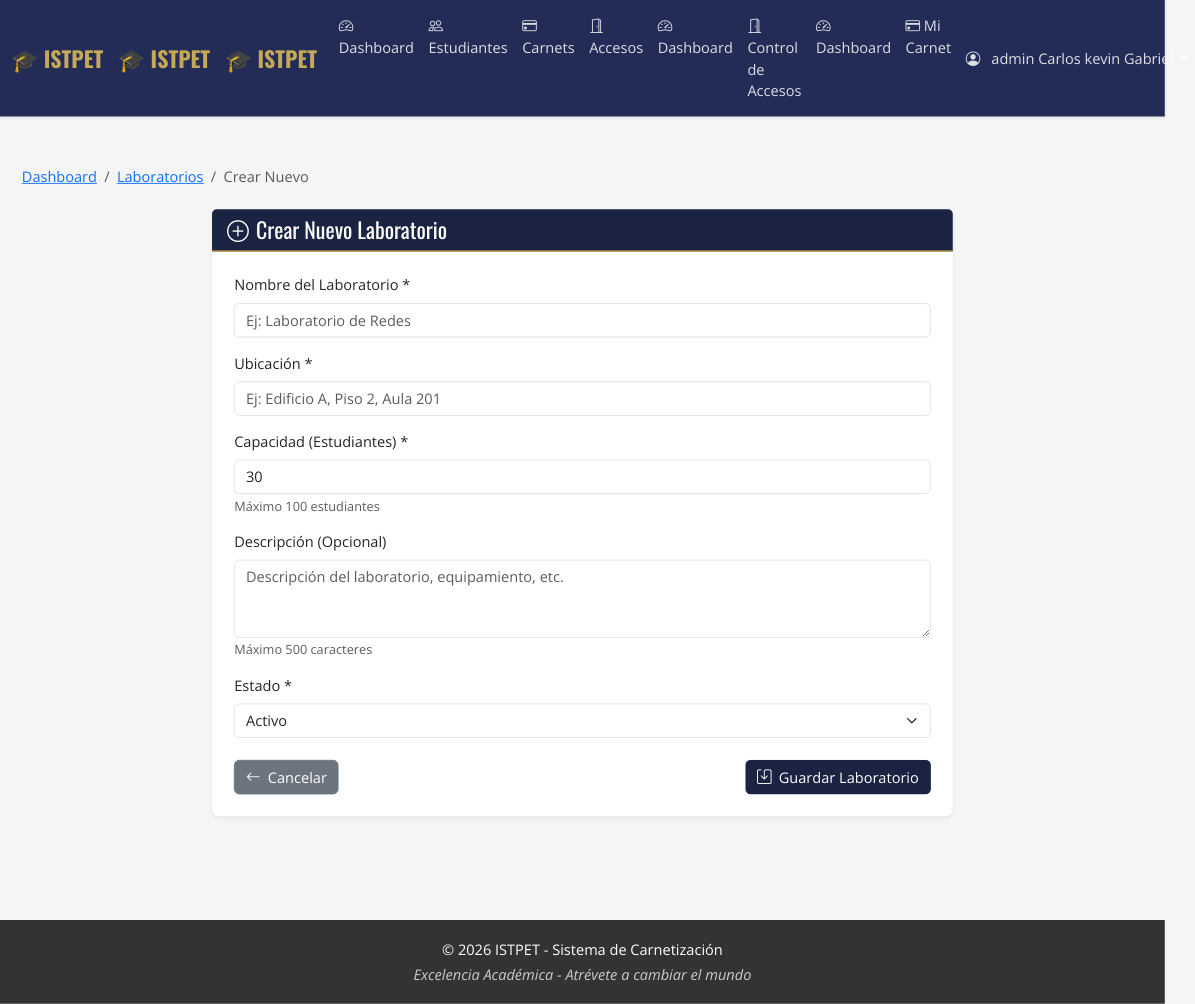
Repository: Inforney/sistema-carnetizacion-istpet
Page: http://localhost/admin/laboratorios/crear
These files come from the project's save history. The page is drawn as it stood at one moment and after the next save; the edit follows.
The browser window is 1280 px wide. The page is 1313 px wide, so the pictures cover 1313 px, including what lies to the right of the window. The pictures show the whole page, at 91% of full size.
The page is served by the project's Laravel application, run on PHP 8.4 with Laravel 10. The first stored user is signed in. Other server files are loaded and not shown. The database holds what the project's SQL file puts in it.

Above is the page before, as saved 2026-01-15 21:10:07.

### routes/web.php
<?php

use Illuminate\Support\Facades\Route;
use App\Http\Controllers\Auth\LoginController;
use App\Http\Controllers\Auth\RegistroController;
use App\Http\Controllers\Admin\DashboardController as AdminDashboardController;
use App\Http\Controllers\Admin\CarnetController as AdminCarnetController;
use App\Http\Controllers\Admin\AccesoController as AdminAccesoController;
use App\Http\Controllers\Admin\EstudianteController as AdminEstudianteController;
use App\Http\Controllers\Admin\SolicitudPasswordController as AdminSolicitudPasswordController;
use App\Http\Controllers\Admin\LaboratorioController as AdminLaboratorioController;
use App\Http\Controllers\Admin\LaboratorioController;
use App\Http\Controllers\Profesor\DashboardController as ProfesorDashboardController;
use App\Http\Controllers\Profesor\AccesoController as ProfesorAccesoController;
use App\Http\Controllers\Estudiante\DashboardController as EstudianteDashboardController;
use App\Http\Controllers\Estudiante\CarnetController as EstudianteCarnetController;
use App\Http\Controllers\Estudiante\AccesoQRController as EstudianteAccesoQRController;
use App\Http\Controllers\Estudiante\CambiarPasswordController;


/*
|--------------------------------------------------------------------------
| Web Routes - Sistema Completo ISTPET
|--------------------------------------------------------------------------
*/

Route::get('/', function () {
    return redirect()->route('login');
});

/*
|--------------------------------------------------------------------------
| Autenticación
|--------------------------------------------------------------------------
*/

Route::get('/login', [LoginController::class, 'showLoginForm'])->name('login');
Route::post('/login', [LoginController::class, 'login'])->name('login.post');
Route::post('/logout', [LoginController::class, 'logout'])->name('logout');

// Registro Público
Route::get('/registro', [RegistroController::class, 'showRegistroForm'])->name('registro');
Route::post('/registro', [RegistroController::class, 'registro'])->name('registro.post');

// Recuperación de Contraseña
Route::get('/recuperar-password', [RegistroController::class, 'showRecuperarForm'])->name('recuperar.password');
Route::post('/recuperar-password', [RegistroController::class, 'enviarRecuperacion'])->name('recuperar.enviar');

/*
|--------------------------------------------------------------------------
| Rutas de Administrador
|--------------------------------------------------------------------------
*/

Route::prefix('admin')->name('admin.')->middleware('admin')->group(function () {

    // Dashboard
    Route::get('/dashboard', [AdminDashboardController::class, 'index'])->name('dashboard');

    // Gestión de Carnets
    Route::get('/carnets', [AdminCarnetController::class, 'index'])->name('carnets.index');
    Route::get('/carnets/crear', [AdminCarnetController::class, 'create'])->name('carnets.create');

    // ⚠️ IMPORTANTE: Rutas específicas ANTES de rutas con parámetros
    Route::post('/carnets/generar-masivo', [AdminCarnetController::class, 'generarMasivo'])->name('carnets.generar-masivo');
    Route::get('/carnets/descargar-masivo', [AdminCarnetController::class, 'descargarMasivo'])->name('carnets.descargar-masivo');

    // Ahora sí las rutas con {id}
    Route::post('/carnets', [AdminCarnetController::class, 'store'])->name('carnets.store');
    Route::get('/carnets/{id}', [AdminCarnetController::class, 'show'])->name('carnets.show');
    Route::get('/carnets/{id}/descargar', [AdminCarnetController::class, 'descargar'])->name('carnets.descargar');
    Route::post('/carnets/{id}/toggle-estado', [AdminCarnetController::class, 'toggleEstado'])->name('carnets.toggle');
    Route::post('/carnets/{id}/renovar', [AdminCarnetController::class, 'renovar'])->name('carnets.renovar');

    // Gestión de Accesos
    Route::get('/accesos', [AdminAccesoController::class, 'index'])->name('accesos.index');
    Route::get('/accesos/estadisticas', [AdminAccesoController::class, 'estadisticas'])->name('accesos.estadisticas');
    Route::get('/accesos/laboratorio/{id}/estudiantes', [AdminAccesoController::class, 'estudiantesEnLab'])->name('accesos.estudiantes-lab');
    Route::get('/accesos/{id}', [AdminAccesoController::class, 'show'])->name('accesos.show');
    Route::delete('/accesos/{id}', [AdminAccesoController::class, 'destroy'])->name('accesos.destroy');

    // CRUD de Estudiantes
    Route::get('/estudiantes', [AdminEstudianteController::class, 'index'])->name('estudiantes.index');
    Route::get('/estudiantes/crear', [AdminEstudianteController::class, 'create'])->name('estudiantes.create');
    Route::post('/estudiantes', [AdminEstudianteController::class, 'store'])->name('estudiantes.store');
    Route::get('/estudiantes/{id}', [AdminEstudianteController::class, 'show'])->name('estudiantes.show');
    Route::get('/estudiantes/{id}/editar', [AdminEstudianteController::class, 'edit'])->name('estudiantes.edit');
    Route::put('/estudiantes/{id}', [AdminEstudianteController::class, 'update'])->name('estudiantes.update');
    Route::delete('/estudiantes/{id}', [AdminEstudianteController::class, 'destroy'])->name('estudiantes.destroy');
    Route::post('/estudiantes/{id}/toggle-estado', [AdminEstudianteController::class, 'toggleEstado'])->name('estudiantes.toggle');
    Route::post('/estudiantes/{id}/reset-password', [AdminEstudianteController::class, 'resetPassword'])->name('estudiantes.reset-password');

    // Búsqueda AJAX
    Route::get('/estudiantes-buscar', [AdminEstudianteController::class, 'buscarAjax'])->name('estudiantes.buscar');

    // Solicitudes de Cambio de Contraseña
    Route::get('/solicitudes-password', [AdminSolicitudPasswordController::class, 'index'])->name('solicitudes.index');
    Route::post('/solicitudes-password/{id}/atender', [AdminSolicitudPasswordController::class, 'atender'])->name('solicitudes.atender');
    Route::post('/solicitudes-password/{id}/rechazar', [AdminSolicitudPasswordController::class, 'rechazar'])->name('solicitudes.rechazar');

    // Gestión de Laboratorios (QR)
    // Gestión de Laboratorios
    Route::get('/laboratorios', [AdminLaboratorioController::class, 'index'])->name('laboratorios.index');
    Route::get('/laboratorios/crear', [AdminLaboratorioController::class, 'create'])->name('laboratorios.create');
    Route::get('/laboratorios/qr/descargar-todos', [AdminLaboratorioController::class, 'descargarTodosQR'])->name('laboratorios.descargar-qr-todos');
    Route::post('/laboratorios', [AdminLaboratorioController::class, 'store'])->name('laboratorios.store');
    Route::get('/laboratorios/{id}', [AdminLaboratorioController::class, 'show'])->name('laboratorios.show');
    Route::get('/laboratorios/{id}/editar', [AdminLaboratorioController::class, 'edit'])->name('laboratorios.edit');
    Route::put('/laboratorios/{id}', [AdminLaboratorioController::class, 'update'])->name('laboratorios.update');
    Route::delete('/laboratorios/{id}', [AdminLaboratorioController::class, 'destroy'])->name('laboratorios.destroy');
    Route::get('/laboratorios/{id}/qr', [AdminLaboratorioController::class, 'generarQR'])->name('laboratorios.generar-qr');
});
/*
|--------------------------------------------------------------------------
| Rutas de Profesor
|--------------------------------------------------------------------------
*/

Route::prefix('profesor')->name('profesor.')->middleware('profesor')->group(function () {

    // Dashboard
    Route::get('/dashboard', [ProfesorDashboardController::class, 'index'])->name('dashboard');

    // Control de Accesos
    Route::get('/accesos', [ProfesorAccesoController::class, 'index'])->name('accesos.index');
    Route::get('/accesos/historial', [ProfesorAccesoController::class, 'historial'])->name('accesos.historial');

    // Ver detalles de un acceso específico (DEBE IR DESPUÉS de /accesos/historial)
    Route::get('/accesos/{id}', [ProfesorDashboardController::class, 'verDetalleAcceso'])->name('accesos.detalle');

    // Registrar entrada y salida
    Route::post('/accesos/registrar-entrada', [ProfesorAccesoController::class, 'registrarEntrada'])->name('accesos.registrar-entrada');
    Route::post('/accesos/registrar-salida', [ProfesorAccesoController::class, 'registrarSalida'])->name('accesos.registrar-salida');
    Route::post('/accesos/{id}/salida', [ProfesorAccesoController::class, 'registrarSalidaDirecta'])->name('accesos.salida-directa');

    // Estudiantes en laboratorio (tiempo real)
    Route::get('/laboratorio/{id}/estudiantes', [ProfesorAccesoController::class, 'estudiantesEnLab'])->name('accesos.estudiantes-lab');
    Route::post('/accesos/{id}/marcar-ausente', [ProfesorAccesoController::class, 'marcarAusente'])->name('accesos.marcar-ausente');

    // Búsqueda de estudiantes AJAX
    Route::get('/buscar-estudiante', [ProfesorAccesoController::class, 'buscarEstudiante'])->name('accesos.buscar-estudiante');
});

/*
|--------------------------------------------------------------------------
| Rutas de Estudiante
|--------------------------------------------------------------------------
*/

// Cambiar contraseña (sin middleware para permitir acceso con password temporal)
Route::prefix('estudiante')->name('estudiante.')->middleware('estudiante')->group(function () {
    Route::get('/cambiar-password', [CambiarPasswordController::class, 'showForm'])->name('cambiar-password.form');
    Route::post('/cambiar-password', [CambiarPasswordController::class, 'cambiar'])->name('cambiar-password.post');
});

// Rutas protegidas que requieren cambio de contraseña
Route::prefix('estudiante')->name('estudiante.')->middleware(['estudiante', 'password.change'])->group(function () {

    // Dashboard
    Route::get('/dashboard', [EstudianteDashboardController::class, 'index'])->name('dashboard');

    // Mi Carnet
    Route::get('/carnet', [EstudianteCarnetController::class, 'show'])->name('carnet.show');
    Route::get('/carnet/descargar', [EstudianteCarnetController::class, 'descargar'])->name('carnet.descargar');
    Route::get('/carnet/visualizar', [EstudianteCarnetController::class, 'visualizar'])->name('carnet.visualizar');

    // Escaneo de QR para accesos
    Route::get('/acceso/escanear', [EstudianteAccesoQRController::class, 'mostrarEscaneo'])->name('acceso.escanear');
    Route::post('/acceso/procesar-qr', [EstudianteAccesoQRController::class, 'procesarQR'])->name('acceso.procesar-qr');
    Route::get('/acceso/historial', [EstudianteAccesoQRController::class, 'miHistorial'])->name('acceso.historial');
});

### resources/views/admin/laboratorios/create.blade.php
@extends('layouts.app')

@section('title', 'Crear Laboratorio')

@section('content')
<div class="container-fluid py-4">
    {{-- Breadcrumb --}}
    <nav aria-label="breadcrumb" class="mb-4">
        <ol class="breadcrumb">
            <li class="breadcrumb-item"><a href="{{ route('admin.dashboard') }}">Dashboard</a></li>
            <li class="breadcrumb-item"><a href="{{ route('admin.laboratorios.index') }}">Laboratorios</a></li>
            <li class="breadcrumb-item active">Crear Nuevo</li>
        </ol>
    </nav>

    <div class="row justify-content-center">
        <div class="col-lg-8">
            <div class="card shadow-sm">
                <div class="card-header" style="background: #1a2342;">
                    <h4 class="mb-0 text-white">
                        <i class="bi bi-plus-circle me-2"></i>Crear Nuevo Laboratorio
                    </h4>
                </div>
                <div class="card-body p-4">
                    @if($errors->any())
                    <div class="alert alert-danger">
                        <strong>¡Error!</strong> Por favor corrige los siguientes problemas:
                        <ul class="mb-0 mt-2">
                            @foreach($errors->all() as $error)
                            <li>{{ $error }}</li>
                            @endforeach
                        </ul>
                    </div>
                    @endif

                    <form action="{{ route('admin.laboratorios.store') }}" method="POST">
                        @csrf

                        {{-- Nombre --}}
                        <div class="mb-3">
                            <label class="form-label">Nombre del Laboratorio *</label>
                            <input type="text"
                                name="nombre"
                                class="form-control @error('nombre') is-invalid @enderror"
                                value="{{ old('nombre') }}"
                                placeholder="Ej: Laboratorio de Redes"
                                required>
                            @error('nombre')
                            <div class="invalid-feedback">{{ $message }}</div>
                            @enderror
                        </div>

                        {{-- Ubicación --}}
                        <div class="mb-3">
                            <label class="form-label">Ubicación *</label>
                            <input type="text"
                                name="ubicacion"
                                class="form-control @error('ubicacion') is-invalid @enderror"
                                value="{{ old('ubicacion') }}"
                                placeholder="Ej: Edificio A, Piso 2, Aula 201"
                                required>
                            @error('ubicacion')
                            <div class="invalid-feedback">{{ $message }}</div>
                            @enderror
                        </div>

                        {{-- Capacidad --}}
                        <div class="mb-3">
                            <label class="form-label">Capacidad (Estudiantes) *</label>
                            <input type="number"
                                name="capacidad"
                                class="form-control @error('capacidad') is-invalid @enderror"
                                value="{{ old('capacidad', 30) }}"
                                min="1"
                                max="100"
                                required>
                            <small class="text-muted">Máximo 100 estudiantes</small>
                            @error('capacidad')
                            <div class="invalid-feedback">{{ $message }}</div>
                            @enderror
                        </div>

                        {{-- Descripción --}}
                        <div class="mb-3">
                            <label class="form-label">Descripción (Opcional)</label>
                            <textarea name="descripcion"
                                class="form-control @error('descripcion') is-invalid @enderror"
                                rows="3"
                                maxlength="500"
                                placeholder="Descripción del laboratorio, equipamiento, etc.">{{ old('descripcion') }}</textarea>
                            <small class="text-muted">Máximo 500 caracteres</small>
                            @error('descripcion')
                            <div class="invalid-feedback">{{ $message }}</div>
                            @enderror
                        </div>

                        {{-- Estado --}}
                        <div class="mb-4">
                            <label class="form-label">Estado *</label>
                            <select name="estado"
                                class="form-select @error('estado') is-invalid @enderror"
                                required>
                                <option value="activo" {{ old('estado') == 'activo' ? 'selected' : '' }}>Activo</option>
                                <option value="inactivo" {{ old('estado') == 'inactivo' ? 'selected' : '' }}>Inactivo</option>
                                <option value="mantenimiento" {{ old('estado') == 'mantenimiento' ? 'selected' : '' }}>En Mantenimiento</option>
                            </select>
                            @error('estado')
                            <div class="invalid-feedback">{{ $message }}</div>
                            @enderror
                        </div>

                        {{-- Botones --}}
                        <div class="d-flex justify-content-between">
                            <a href="{{ route('admin.laboratorios.index') }}" class="btn btn-secondary">
                                <i class="bi bi-arrow-left me-2"></i>Cancelar
                            </a>
                            <button type="submit" class="btn text-white" style="background: #1a2342;">
                                <i class="bi bi-save me-2"></i>Guardar Laboratorio
                            </button>
                        </div>
                    </form>
                </div>
            </div>
        </div>
    </div>
</div>
@endsection

### database/migrations/carnetizacion_istpet.sql (the tables this page reads)
CREATE TABLE IF NOT EXISTS `administradores` (
  `id` bigint(20) UNSIGNED NOT NULL AUTO_INCREMENT,
  `usuario` varchar(50) NOT NULL,
  `email` varchar(100) NOT NULL,
  `password` varchar(255) NOT NULL,
  `rol` enum('super_admin','admin') NOT NULL DEFAULT 'admin',
  `created_at` timestamp NULL DEFAULT NULL,
  `updated_at` timestamp NULL DEFAULT NULL,
  PRIMARY KEY (`id`),
  UNIQUE KEY `administradores_usuario_unique` (`usuario`),
  UNIQUE KEY `administradores_email_unique` (`email`),
  KEY `administradores_usuario_index` (`usuario`),
  KEY `administradores_email_index` (`email`)
) ENGINE=InnoDB AUTO_INCREMENT=3 DEFAULT CHARSET=utf8mb4 COLLATE=utf8mb4_unicode_ci;

INSERT INTO `administradores` (`id`, `usuario`, `email`, `password`, `rol`, `created_at`, `updated_at`) VALUES
(1, 'admin', 'admin@istpet.edu.ec', '$2y$10$54UHpGdyZhcunNsv1WgLU.N4MKnIZBIrjlMw3gX587wY8cvKi38xm', 'super_admin', '2026-01-04 03:08:09', '2026-01-04 03:08:09'),
(2, 'admin2', 'admin2@istpet.edu.ec', '$2y$10$/Umkuwgnljl7IDhv4ErV9.WAnMj4m3FpOHubfxqeuulBDbQw.4ksy', 'admin', '2026-01-04 03:08:09', '2026-01-04 03:08:09');

CREATE TABLE IF NOT EXISTS `profesores` (
  `id` bigint(20) UNSIGNED NOT NULL AUTO_INCREMENT,
  `nombres` varchar(100) NOT NULL,
  `apellidos` varchar(100) NOT NULL,
  `cedula` varchar(10) NOT NULL,
  `correo` varchar(100) NOT NULL,
  `celular` varchar(10) NOT NULL,
  `estado` enum('activo','inactivo') NOT NULL DEFAULT 'activo',
  `password` varchar(255) NOT NULL,
  `created_at` timestamp NULL DEFAULT NULL,
  `updated_at` timestamp NULL DEFAULT NULL,
  PRIMARY KEY (`id`),
  UNIQUE KEY `profesores_cedula_unique` (`cedula`),
  UNIQUE KEY `profesores_correo_unique` (`correo`),
  KEY `profesores_cedula_index` (`cedula`),
  KEY `profesores_correo_index` (`correo`)
) ENGINE=InnoDB AUTO_INCREMENT=4 DEFAULT CHARSET=utf8mb4 COLLATE=utf8mb4_unicode_ci;

INSERT INTO `profesores` (`id`, `nombres`, `apellidos`, `cedula`, `correo`, `celular`, `estado`, `password`, `created_at`, `updated_at`) VALUES
(1, 'Carlos', 'Ramírez', '1711223344', 'carlos.ramirez@istpet.edu.ec', '0998877665', 'activo', '$2y$10$OG.VQENEKJXzanA82YV/ku8i7Hbe.PkDY4nQtXjYGm.OHvQUGuzXm', '2026-01-04 03:08:09', '2026-01-04 03:08:09'),
(2, 'María', 'González', '1722334455', 'maria.gonzalez@istpet.edu.ec', '0987766554', 'activo', '$2y$10$NLXzP5a.gWO4pMuv75YDpug8D3LaiVBGI7lSfkjntGQF0gJOcdQTW', '2026-01-04 03:08:09', '2026-01-04 03:08:09'),
(3, 'Juan', 'Morales', '1733445566', 'juan.morales@istpet.edu.ec', '0976655443', 'activo', '$2y$10$LphOjFHmaYOT0NDW50lGV.sJITPSg8LsSuLotSBBD0r5Wohz2tGsq', '2026-01-04 03:08:09', '2026-01-04 03:08:09');

CREATE TABLE IF NOT EXISTS `usuarios` (
  `id` bigint(20) UNSIGNED NOT NULL AUTO_INCREMENT,
  `nombres` varchar(100) NOT NULL,
  `apellidos` varchar(100) NOT NULL,
  `cedula` varchar(20) NOT NULL,
  `tipo_documento` enum('cedula','pasaporte','ruc') NOT NULL DEFAULT 'cedula',
  `correo_institucional` varchar(100) NOT NULL,
  `celular` varchar(10) NOT NULL,
  `ciclo_nivel` varchar(20) NOT NULL,
  `carrera` varchar(200) DEFAULT NULL,
  `tipo_usuario` enum('estudiante','graduado') NOT NULL DEFAULT 'estudiante',
  `nacionalidad` varchar(50) NOT NULL DEFAULT 'Ecuatoriana',
  `fecha_registro` timestamp NULL DEFAULT NULL,
  `foto_url` varchar(255) DEFAULT NULL,
  `estado` enum('activo','inactivo','bloqueado') NOT NULL DEFAULT 'activo',
  `password` varchar(255) NOT NULL,
  `password_temporal` tinyint(1) DEFAULT 0,
  `reset_token` varchar(100) DEFAULT NULL,
  `reset_token_expira` timestamp NULL DEFAULT NULL,
  `created_at` timestamp NULL DEFAULT NULL,
  `updated_at` timestamp NULL DEFAULT NULL,
  PRIMARY KEY (`id`),
  UNIQUE KEY `usuarios_cedula_unique` (`cedula`),
  UNIQUE KEY `usuarios_correo_institucional_unique` (`correo_institucional`),
  KEY `usuarios_cedula_index` (`cedula`),
  KEY `usuarios_correo_institucional_index` (`correo_institucional`),
  KEY `usuarios_estado_index` (`estado`)
) ENGINE=InnoDB AUTO_INCREMENT=14 DEFAULT CHARSET=utf8mb4 COLLATE=utf8mb4_unicode_ci;

INSERT INTO `usuarios` (`id`, `nombres`, `apellidos`, `cedula`, `tipo_documento`, `correo_institucional`, `celular`, `ciclo_nivel`, `carrera`, `tipo_usuario`, `nacionalidad`, `fecha_registro`, `foto_url`, `estado`, `password`, `password_temporal`, `reset_token`, `reset_token_expira`, `created_at`, `updated_at`) VALUES
(12, 'kevin Gabriel', 'Huilca Campaña', '1726429283', 'cedula', 'kevin.huilca@istpet.edu.ec', '0962931602', 'TERCER NIVEL', 'Desarrollo de Software', 'estudiante', 'Ecuatoriana', '2026-01-11 23:03:08', 'fotos/estudiante_1768172588_69642c2c1b2e0.jpg', 'activo', '$2y$10$8xq5hxnjdTclcH03HxLiNOluUehL.dPDxMRTp9ZkI1yKD5KYKFFc.', 0, NULL, NULL, '2026-01-11 23:03:08', '2026-01-16 01:41:37'),
(13, 'Lucho', 'kopjihugcfjbhklñ', 'BC713307', 'pasaporte', 'karla@gmail.com', '0962931602', 'TERCER NIVEL', 'Desarrollo de Software', 'estudiante', 'Ecuatoriana', '2026-01-15 13:47:20', 'fotos/estudiante_1768484838_6968efe69d14b.jpeg', 'activo', '$2y$10$CRqSYXLgKUYRxWTfmdApweVsozIM2vXuL9eU.AI5jUVUQL/VjBrm6', 0, NULL, NULL, '2026-01-15 13:47:20', '2026-01-15 13:47:20');

Loaded but not shown: app/Http/Controllers/Controller.php (common file); resources/views/layouts/app.blade.php (303 lines, source omitted); app/Http/Controllers/Admin/LaboratorioController.php (148 lines, source omitted); app/Models/Usuario.php (133 lines, source omitted); app/Models/Profesor.php (82 lines, source omitted); app/Models/Administrador.php (63 lines, source omitted)

After the next save:
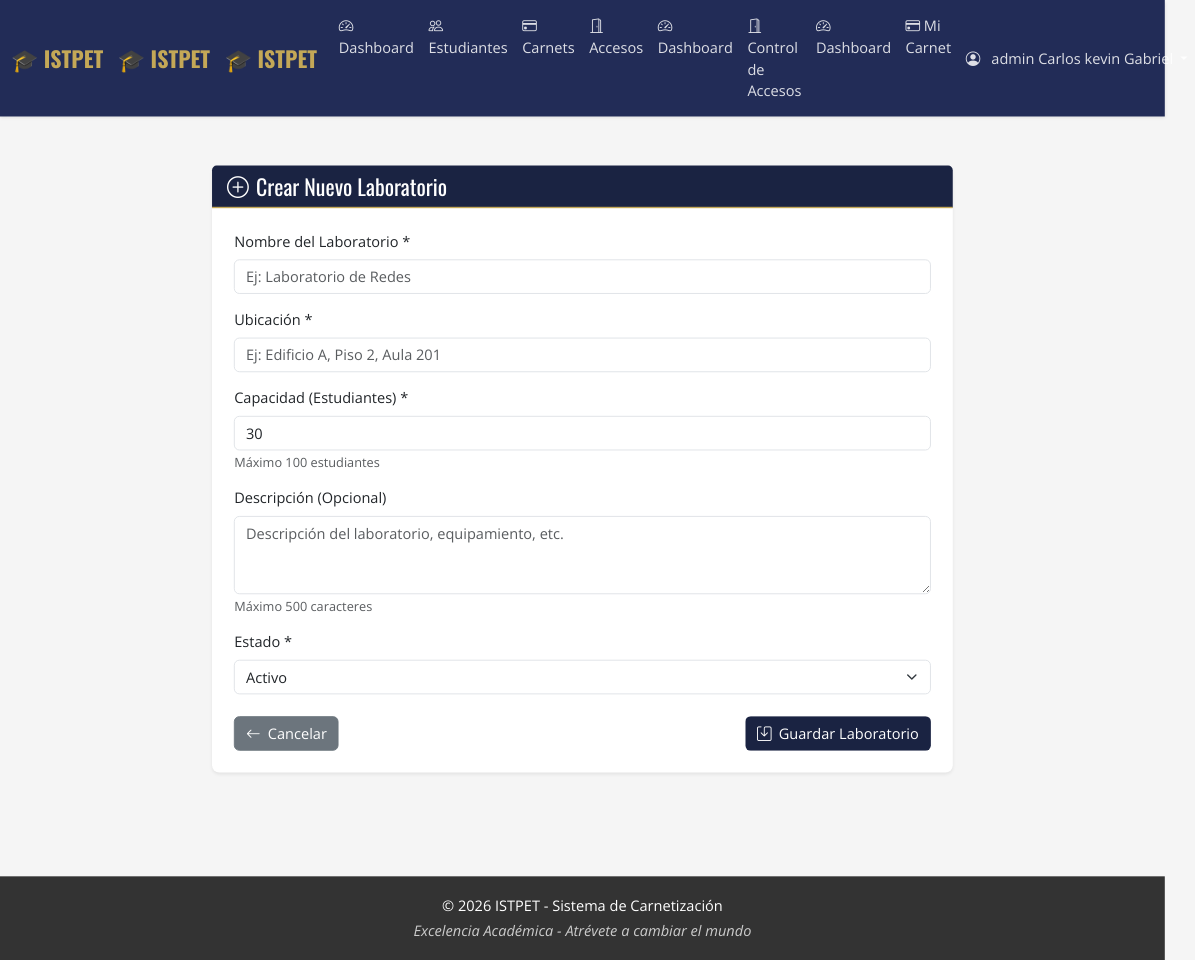
Saved 67 s later.
--- a/resources/views/admin/laboratorios/create.blade.php
+++ b/resources/views/admin/laboratorios/create.blade.php
@@ -4,14 +4,7 @@
 
 @section('content')
 <div class="container-fluid py-4">
-    {{-- Breadcrumb --}}
-    <nav aria-label="breadcrumb" class="mb-4">
-        <ol class="breadcrumb">
-            <li class="breadcrumb-item"><a href="{{ route('admin.dashboard') }}">Dashboard</a></li>
-            <li class="breadcrumb-item"><a href="{{ route('admin.laboratorios.index') }}">Laboratorios</a></li>
-            <li class="breadcrumb-item active">Crear Nuevo</li>
-        </ol>
-    </nav>
+
 
     <div class="row justify-content-center">
         <div class="col-lg-8">
